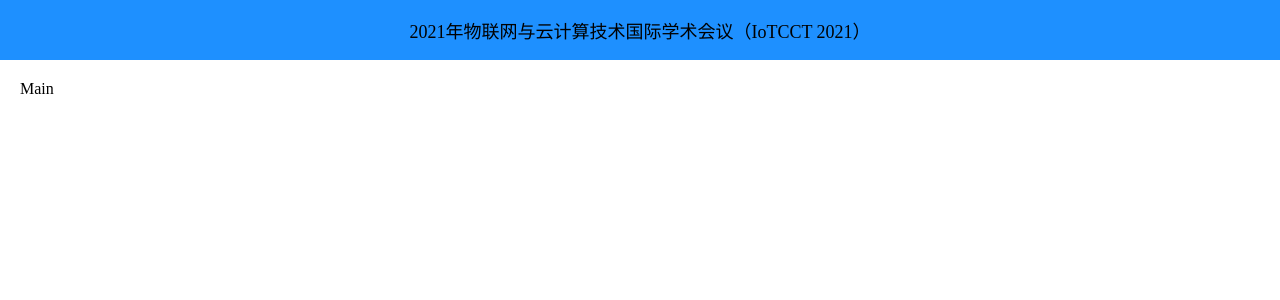
Repository: sunfeinb/huiyi
Page: /
An editor plug-in stored every save of this project. The page is shown before and after the next save, followed by the edit.
The browser window is 1280 px wide. The pictures show the whole page.
The project was rebuilt for these pictures with package versions that can differ from the ones it lists, and the page was loaded fresh each time.

Above is the page before, as saved 2021-11-02 15:35:58.

### src/App.vue
<template>
  <div id="app">
    <router-view/>
  </div>
</template>

<style lang="scss">
*{
  margin: 0px;
  padding: 0px;
}
</style>

### src/router/index.js
import Vue from 'vue'
import VueRouter from 'vue-router'
import Home from '../views/Home.vue'

Vue.use(VueRouter)

const routes = [
  {
    path: '/',
    name: 'Home',
    component: Home,
    meta: { title: '首页' }
  },

  {
    path: '/About',
    name: 'About',
    component: () => import("../views/About"),
    meta: { title: "关于" }
  }
]

const router = new VueRouter({
  mode: 'history',
  base: process.env.BASE_URL,
  routes
})
router.beforeEach((to, form,next, ) => {
    document.title = to.meta.title
  next()
})
export default router

### src/views/Home.vue
<template>
  <div>
    <el-container>
  <el-header style="  background-color: dodgerblue;">
    <div class="box">
2021年物联网与云计算技术国际学术会议（IoTCCT 2021）
    </div>
  </el-header>
  <el-main>Main</el-main>
</el-container>
  </div>
</template>

<script>
export default {
  name: '',
  props:{},
  data () {
    return {
    }
  },
  components: {},
  methods: {},
  mounted() {},
  computed: {},
  watch: {}
}
</script>

<style lang='scss' scoped>
.box{
  display: flex;
  justify-content: center;
  align-items: center;
  height: 100%;
  font-size: 18px;
}
</style>

Loaded but not shown: public/index.html (common file); src/main.js (common file); src/store/index.js (common file)

After the next save:
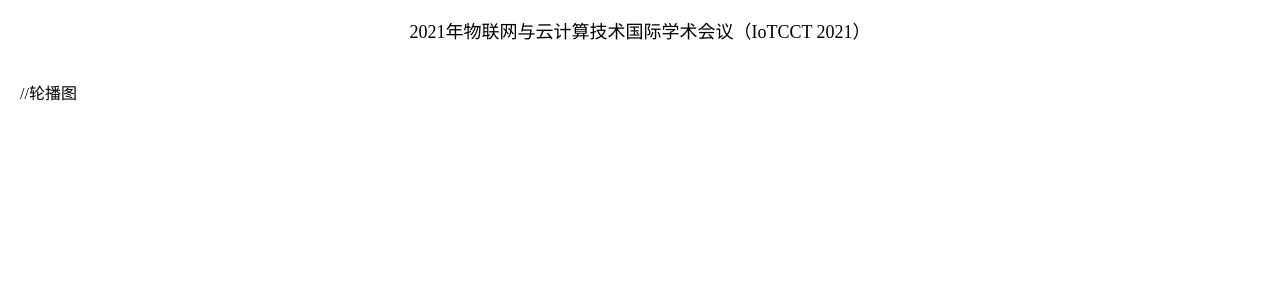
Saved 25 min 34 s later.
--- a/src/views/Home.vue
+++ b/src/views/Home.vue
@@ -1,12 +1,15 @@
 <template>
   <div>
     <el-container>
-  <el-header style="  background-color: dodgerblue;">
+  <el-header style="  background-color: back;">
     <div class="box">
 2021年物联网与云计算技术国际学术会议（IoTCCT 2021）
     </div>
   </el-header>
-  <el-main>Main</el-main>
+  <el-main>
+    //轮播图
+
+  </el-main>
 </el-container>
   </div>
 </template>
